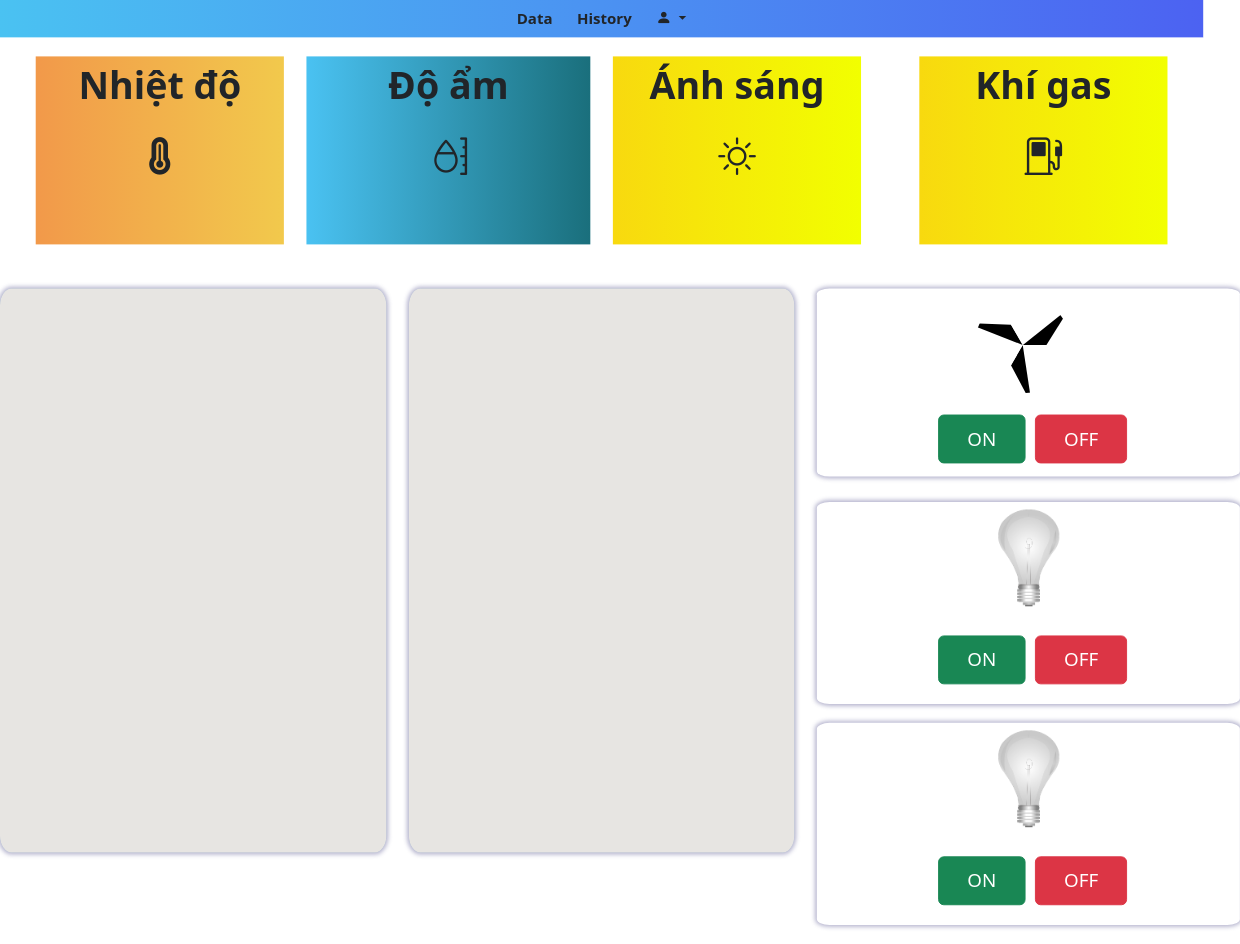
Repository: ndmq03102002/BTL_IOT
Page: Fontend_IOT/iot/index.html
The author's editor kept a copy of each file at every save. The page is drawn from the files as they stood at one save, then again after the next save.
The browser window is 1280 px wide. The page is 1319 px wide, so the pictures cover 1319 px, including what lies to the right of the window. The pictures show the whole page, at 94% of full size.
The page's requests for data from a server got no answer. Some web libraries are served in a nearby version.

Above is the page before, as saved 2023-11-02 19:37:27.

After the next save:
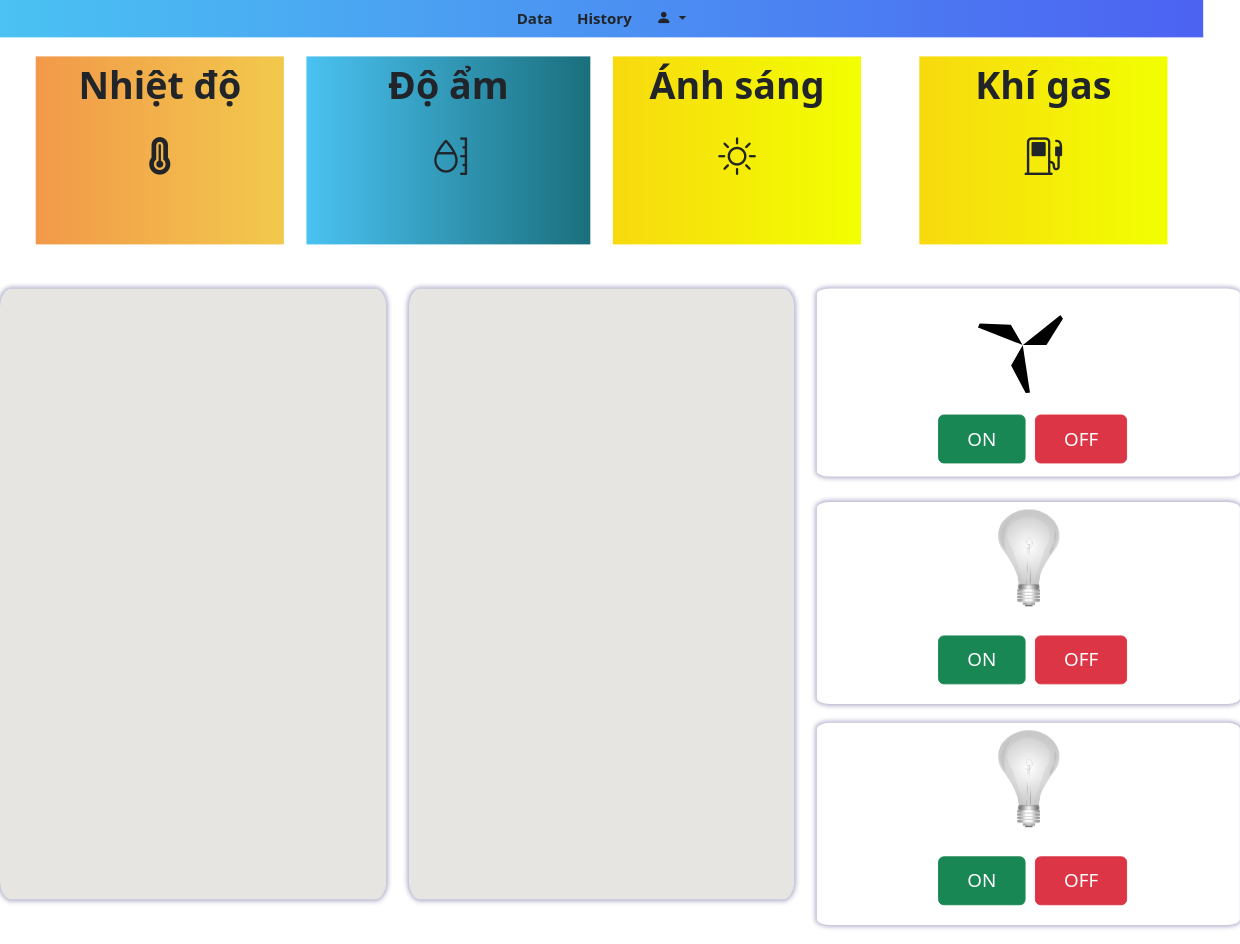
Saved 13 s later.
--- a/Fontend_IOT/iot/index.html
+++ b/Fontend_IOT/iot/index.html
@@ -59,12 +59,12 @@
                 </div>
             </div>
             <div class="col-sm-4" >
-                <div class="block" style="height: 600px;width: auto; float:right;">
+                <div class="block" style="height: 650px;width: auto; float:right;">
                     <canvas id="myChart" style="border-radius: 3%; width:100%;height: 100%;background-color: rgb(231, 229, 226);"></canvas>
                 </div>
             </div>
             <div class="col-sm-4" >
-                <div class="block" style="height: 600px;width: auto; float:right;">
+                <div class="block" style="height: 650px;width: auto; float:right;">
                     <canvas id="myChart2" style="border-radius: 3%; width:100%;height: 100%;background-color: rgb(231, 229, 226);"></canvas>
                 </div>
             </div>
